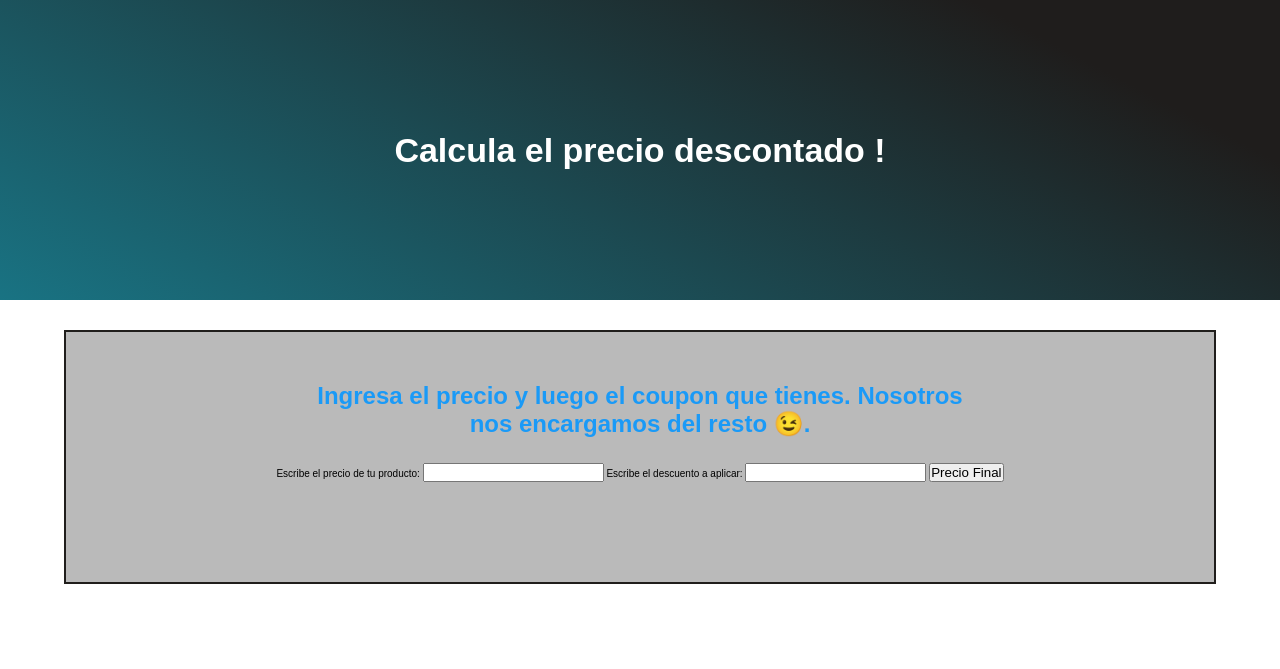
Repository: ChristianGecchelin/javascript-project
Page: javascript-project/descuentos y porcentajes/descuentos.html
An editor plug-in stored every save of this project. The page is shown before and after the next save, followed by the edit.
The browser window is 1280 px wide. The pictures show the whole page.

Above is the page before, as saved 2021-12-05 18:21:08.

After the next save:
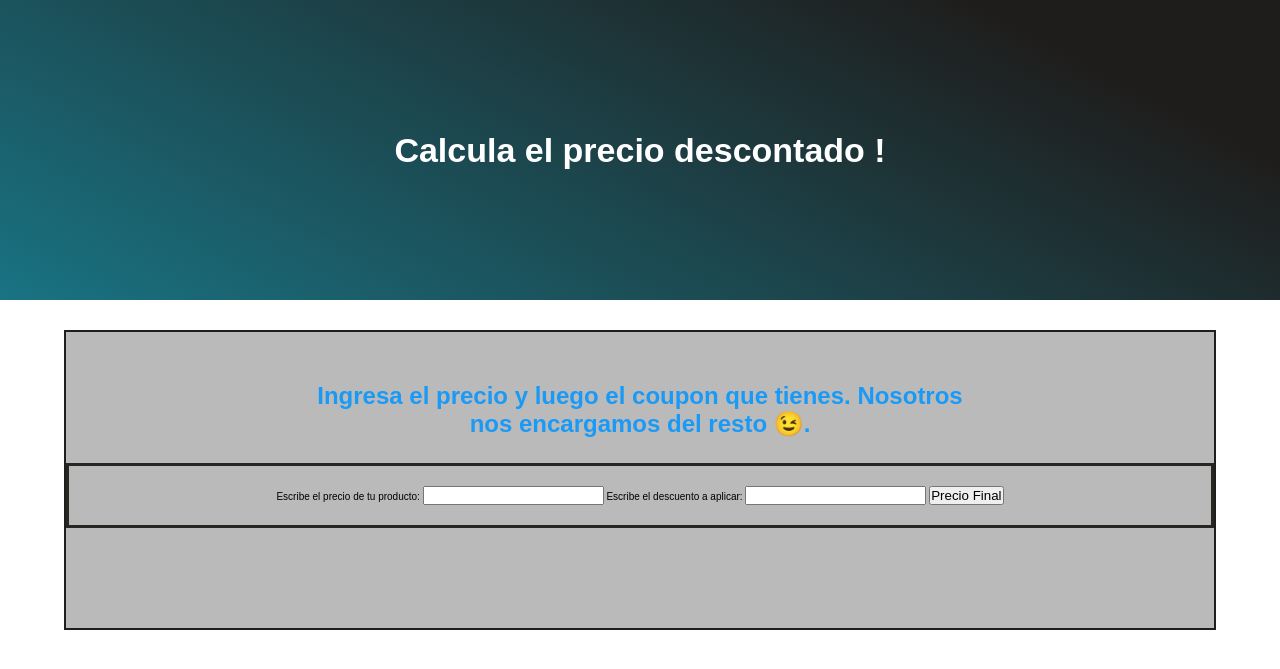
Saved 70 s later.
--- a/javascript-project/descuentos y porcentajes/style.css
+++ b/javascript-project/descuentos y porcentajes/style.css
@@ -65,3 +65,11 @@ header .header--title-container h1 {
   font-weight: 700;
   color: #1a9af7;
 }
+.title-container .container-form {
+  display: flex;
+  flex-direction: column;
+  justify-content: center;
+  height: auto;
+  border: 3px solid var(--black);
+  padding: 20px 20px;
+}
